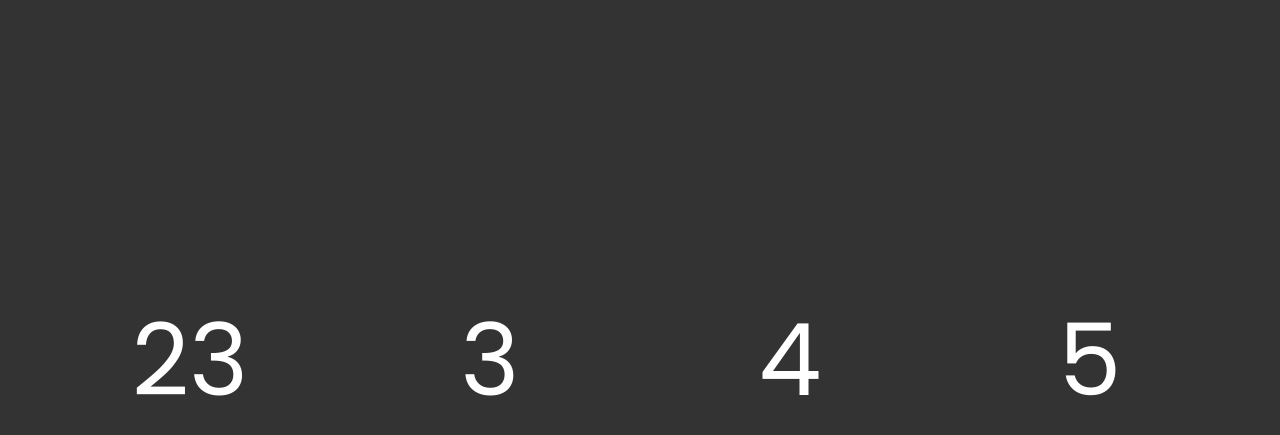
Repository: LeTanTru/All-Code
Page: Countown/index.html
These files come from the project's save history. The page is drawn as it stood at one moment and after a run of saves; the edit follows.
The browser window is 1280 px wide. The pictures show the whole page.

Above is the page before, as saved 2022-12-29 12:56:17.

### Countown/index.html
<!DOCTYPE html>
<html lang="en">

<head>
    <meta charset="UTF-8">
    <meta http-equiv="X-UA-Compatible" content="IE=edge">
    <meta name="viewport" content="width=device-width, initial-scale=1.0">
    <link rel="icon" type="image/x-icon" href="https://encrypted-tbn0.gstatic.com/images?q=tbn:ANd9GcQIQh1eX0Q6u5cD437ia0Gx8Band5tZZqGc_A&usqp=CAU">
    <title>Countdown</title>
    <link rel="stylesheet" href="./style.css">
    <link rel="preconnect" href="https://fonts.googleapis.com">
    <link rel="preconnect" href="https://fonts.gstatic.com" crossorigin>
    <link href="https://fonts.googleapis.com/css2?family=Poppins:wght@400;500&display=swap" rel="stylesheet">
</head>


<body>
    <div class="wrapper">
        <div class="countdown">
            <h3 class="countdown-css days">2</h3>
            <h3 class="countdown-css hours">3</h3>
            <h3 class="countdown-css minutes">4</h3>
            <h3 class="countdown-css seconds">5</h3>
        </div>
    </div>
    <script src="./countdown.js"></script>
</body>

</html>

### Countown/style.css
*,
*::before,
*::after {
  box-sizing: border-box;
}

* {
  margin: 0;
  padding: 0;
  font: inherit;
}

body {
  line-height: 1.5;
}

img,
picture,
video,
canvas,
svg {
  display: block;
  max-width: 100%;
}

input,
button,
textarea,
select {
  outline: none;
}

p,
h1,
h2,
h3,
h4,
h5,
h6 {
  overflow-wrap: break-word;
}

* {
  border: 0;
  padding: 0;
  margin: 0;
  box-sizing: border-box;
}

body {
  background-color: #333;
}

html {
  font-family: "Poppins", sans-serif;
}

.wrapper {
  display: flex;
  align-items: center;
  justify-content: center;
  height: 100vh;
}

.countdown {
  width: 1200px;
  height: 300px;
  border-radius: 15px;
  display: flex;
  transition: all linear 0.5s;
  position: relative;
  color: white;
}

.countdown.open {
  background-color: rgba(100, 73, 74, 0.5);
}

.countdown-css {
  display: inline-block;
  width: 33.33333333%;
  height: 300px;
  line-height: 300px;
  text-align: center;
  font-size: 100px;
  pointer-events: none;
  transition: all linear 0.5s;
}

### Countown/countdown.js
const daysEle = document.querySelector(".days");
const hoursEle = document.querySelector(".hours");
const minutesEle = document.querySelector(".minutes");
const secondsEle = document.querySelector(".seconds");

console.log({ daysEle, hoursEle, minutesEle, secondsEle });

setInterval(() => {
  const date = new Date();
  const dateEnd = new Date("1/22/2023");
  const difference = dateEnd.getTime() - date.getTime();
  const days = Math.floor(difference / (1000 * 86400));
  const hours = Math.floor(difference / (1000 * 3600) - days * 24);
  const minutes = Math.floor(
    (difference / (1000 * 3600) - days * 24 - hours) * 60
  );
  const seconds = Math.floor(
    ((difference / (1000 * 3600) - days * 24 - hours) * 60 - minutes) * 60
  );
  daysEle.innerText = days
  // console.log({ days, hours, minutes, seconds });
}, 1000);

After the next 2 saves:
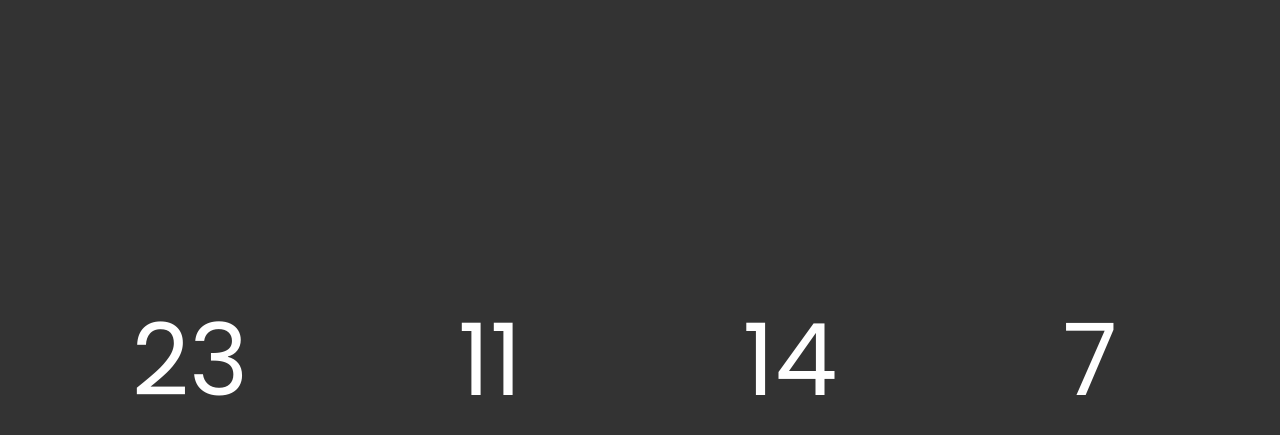
The 2 saves are shown as one change because they came seconds apart.
The last was saved 32 s later.
--- a/Countown/countdown.js
+++ b/Countown/countdown.js
@@ -17,6 +17,9 @@ setInterval(() => {
   const seconds = Math.floor(
     ((difference / (1000 * 3600) - days * 24 - hours) * 60 - minutes) * 60
   );
-  daysEle.innerText = days
+  daysEle.innerText = days;
+  hoursEle.innerText = hours;
+  minutesEle.innerText = minutes;
+  secondsEle.innerText = seconds;
   // console.log({ days, hours, minutes, seconds });
 }, 1000);
